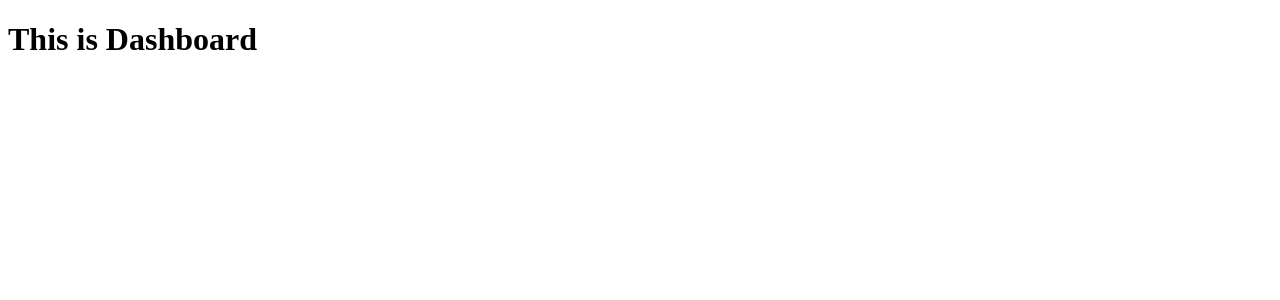
Repository: muke2110/aws_services
Page: /
An editor plug-in stored every save of this project. The page is shown before and after the next save, followed by the edit.
The browser window is 1280 px wide. The pictures show the whole page.
The project was rebuilt for these pictures with package versions that can differ from the ones it lists, and the page was loaded fresh each time. Also part of the build but not shown: src/component/Login.css, src/component/Login.js.

Above is the page before, as saved 2024-02-17 20:08:10.

### src/App.js
// // App.js
// import './App.css'
// import React, { useState } from 'react';
// import { BrowserRouter as Router, Routes, Route, Navigate } from 'react-router-dom';
import { Amplify } from 'aws-amplify';

import awsconfig from './aws-exports';
import Login from './component/Login';
import Dashboard from './component/Dashboard'; // Import the Dashboard component



// function App() {
//   const [isAuthenticated, setIsAuthenticated] = useState(false);

//   // Function to update authentication state
//   const updateAuthStatus = (status) => {
//     setIsAuthenticated(status);
//   };

//   return (
//     <Router>
//       <div className="App">
//         <Routes>
//           <Route path="/" element={<Login updateAuthStatus={updateAuthStatus} />} />
//           <Route
//             path="/dashboard"
//             element={isAuthenticated ? <Dashboard /> : <Navigate to="/" />}
//           />
//         </Routes>
//       </div>
//     </Router>
//   );
// }

// export default App;


import React from 'react';
import { BrowserRouter as Router, Routes, Route } from 'react-router-dom';
Amplify.configure(awsconfig);

const App = () => {
  return (
    <Router>
      <Routes>
        <Route path="/" element={<Dashboard />} />
      </Routes>
    </Router>
  );
};

export default App;

### src/aws-exports.js
/* eslint-disable */
// WARNING: DO NOT EDIT. This file is automatically generated by AWS Amplify. It will be overwritten.

const awsmobile = {
    "aws_project_region": "us-east-1",
    "aws_cognito_identity_pool_id": "us-east-1:c9767613-ee21-4fd0-98c2-da941b228dfb",
    "aws_cognito_region": "us-east-1",
    // "aws_user_pools_id": "us-east-1_TjTvuaogK",
    // "aws_user_pools_web_client_id": "7e5p6huaa16sbocoadk4vbak46",
    "aws_user_pools_id": "us-east-1_wL2lMS13E",
    "aws_user_pools_web_client_id": "51lfung0g80cnqk39v52vfdlrf",
    "oauth": {},
    "aws_cognito_username_attributes": [],
    "aws_cognito_social_providers": [],
    "aws_cognito_signup_attributes": [
        "EMAIL",
        "NAME",
        "PHONE_NUMBER"
    ],
    "aws_cognito_mfa_configuration": "OFF",
    "aws_cognito_mfa_types": [
        "SMS"
    ],
    "aws_cognito_password_protection_settings": {
        "passwordPolicyMinLength": 8,
        "passwordPolicyCharacters": []
    },
    "aws_cognito_verification_mechanisms": [
        "EMAIL"
    ]
};


export default awsmobile;

### src/component/Dashboard.js
import React from "react";

function Dashboard(){
    return(
        <div>
            <h1>This is Dashboard</h1>

        </div>
    )
}

export default Dashboard;


// const handleSignOut = async () => {
//     try {
//       await Auth.signOut();
//       // Redirect or perform other actions after signout
//     } catch (error) {
//       console.error('Error signing out:', error);
//     }
//   };

Loaded but not shown: public/index.html (common file); src/index.js (common file)

After the next save:
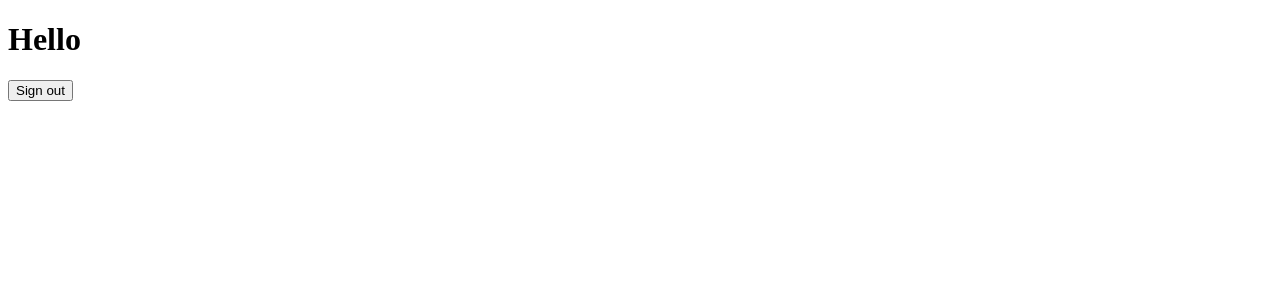
Saved 27 s later.
--- a/src/component/Dashboard.js
+++ b/src/component/Dashboard.js
@@ -1,13 +1,23 @@
-import React from "react";
+import React from 'react';
+import { getCurrentUser } from "aws-amplify/auth";
 
-function Dashboard(){
-    return(
-        <div>
-            <h1>This is Dashboard</h1>
+async function currentAuthenticatedUser() {
+    try {
+      const { username, userId, signInDetails } = await getCurrentUser();
+      console.log(`The username: ${username}`);
+      console.log(`The userId: ${userId}`);
+      console.log(`The signInDetails: ${signInDetails}`);
+    } catch (err) {
+      console.log(err);
+    }
+  }
 
-        </div>
-    )
-}
+const Dashboard = () => (
+  <div className="dashboard">
+    <h1>Hello {}</h1>
+    <button onClick={currentAuthenticatedUser} className="sign-out-btn">Sign out</button>
+  </div>
+);
 
 export default Dashboard;
 
